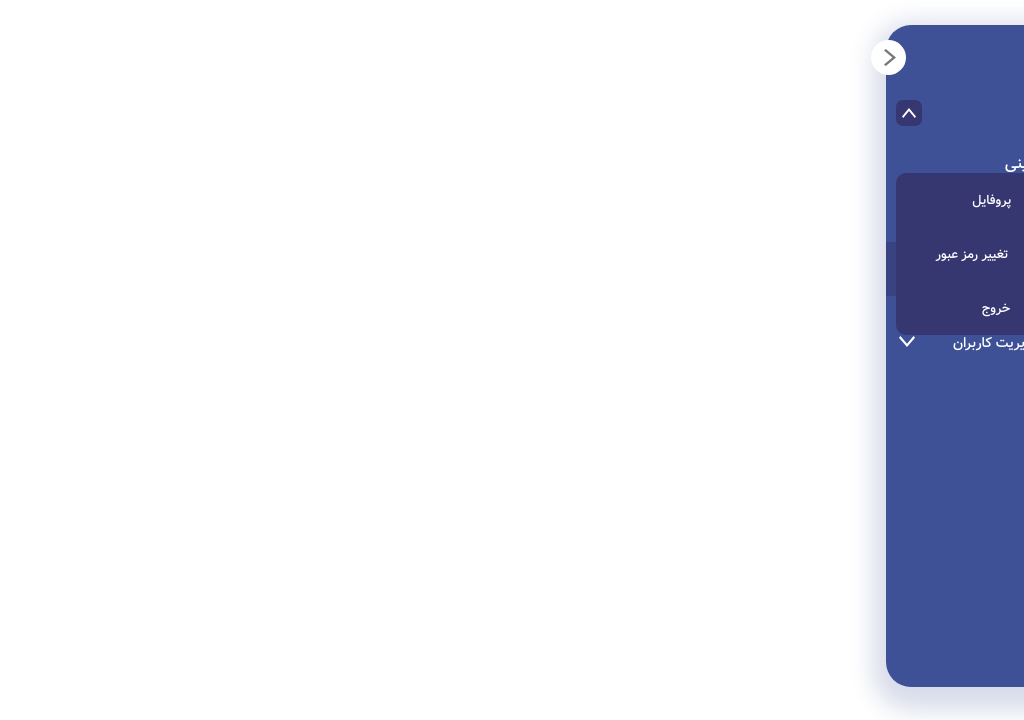
Repository: kosar78/quiz-online
Page: manager-panel-dashbord.html
An editor plug-in stored every save of this project. The page is shown before and after the next save, followed by the edit.
The browser window is 1024 px wide. The pictures show the whole page.
After loading, the first visible `li.manage-profile` was clicked once.

Above is the page before, as saved 2021-11-09 21:28:10.

After the next save:
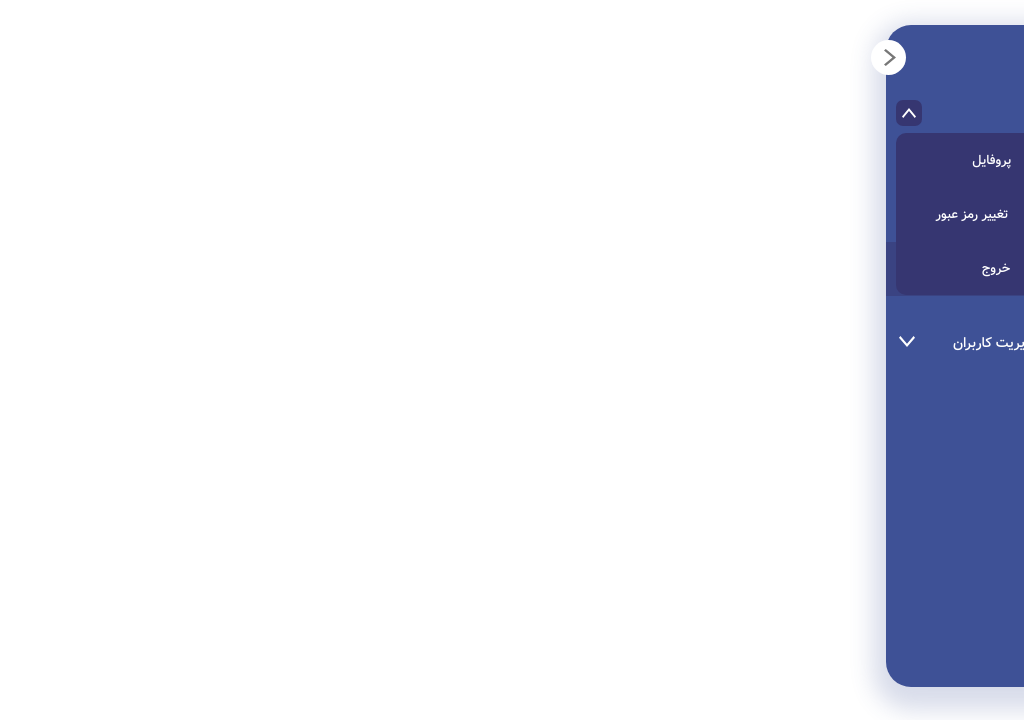
Saved 8 min 39 s later.
--- a/css/manager-panel.css
+++ b/css/manager-panel.css
@@ -215,6 +215,9 @@ ul li{
     .user-name-phone{
         display: block;
     }
+    .manage-profile-menubar {
+        margin-top: -65px;
+    }
 }
 @media(max-width:880px){
     .user-name-phone .user-name{
